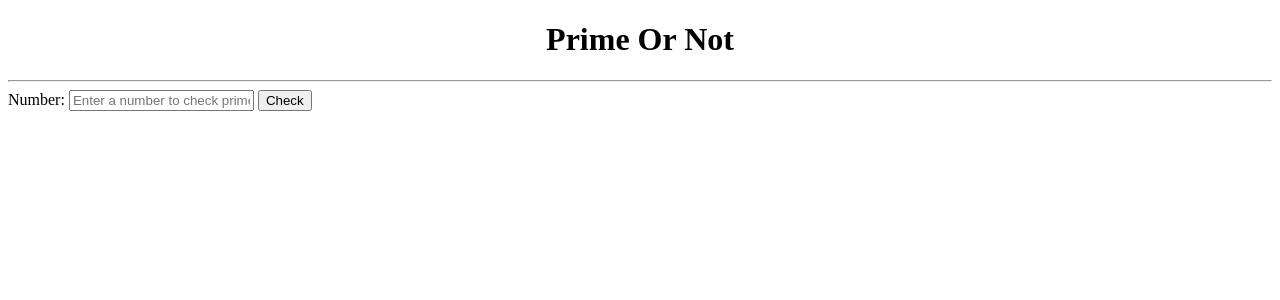
Repository: Gani25/adv_java_b2
Page: http://localhost/jsp_demo/check_number.jsp
An editor plug-in stored every save of this project. The page is shown before and after the next save, followed by the edit.
The browser window is 1280 px wide. The pictures show the whole page.
The page is served by Tomcat 9. Other server files are loaded and not shown.

Above is the page before, as saved 2025-08-25 10:17:25.

### jsp_demo/src/main/webapp/check_number.jsp
<%@ page language="java" contentType="text/html; charset=UTF-8"
    pageEncoding="UTF-8"%>
<!DOCTYPE html>
<html>
<head>
<meta charset="UTF-8">
<title>Prime Or Not</title>
</head>
<body>
<h1 style="text-align: center">Prime Or Not</h1>
<hr>
<form action="#">
	<label for="num">Number: </label>
	<input type="text" id="num" name="number" placeholder="Enter a number to check prime or not">

	<input type="submit" value="Check">
</form>
</body>
</html>

After the next save:
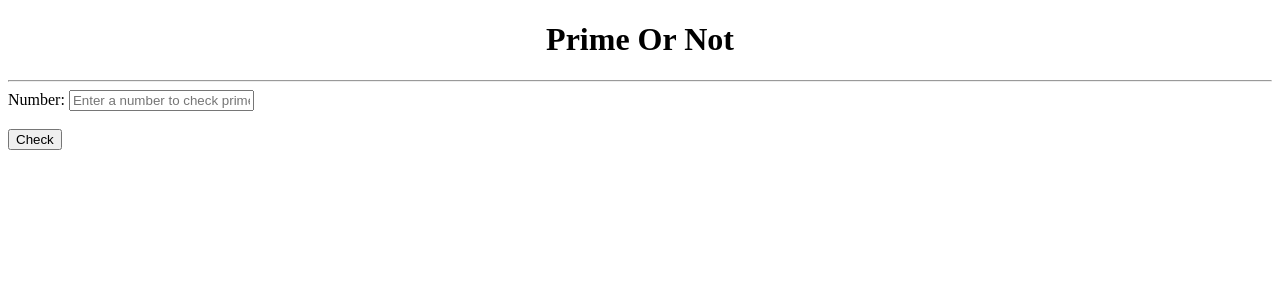
Saved 88 s later.
--- a/jsp_demo/src/main/webapp/check_number.jsp
+++ b/jsp_demo/src/main/webapp/check_number.jsp
@@ -12,8 +12,13 @@
 <form action="#">
 	<label for="num">Number: </label>
 	<input type="text" id="num" name="number" placeholder="Enter a number to check prime or not">
-
+	<br><br>
 	<input type="submit" value="Check">
 </form>
+
+	<%
+		String numStr = request.getParameter("number");
+
+	%>
 </body>
 </html>
